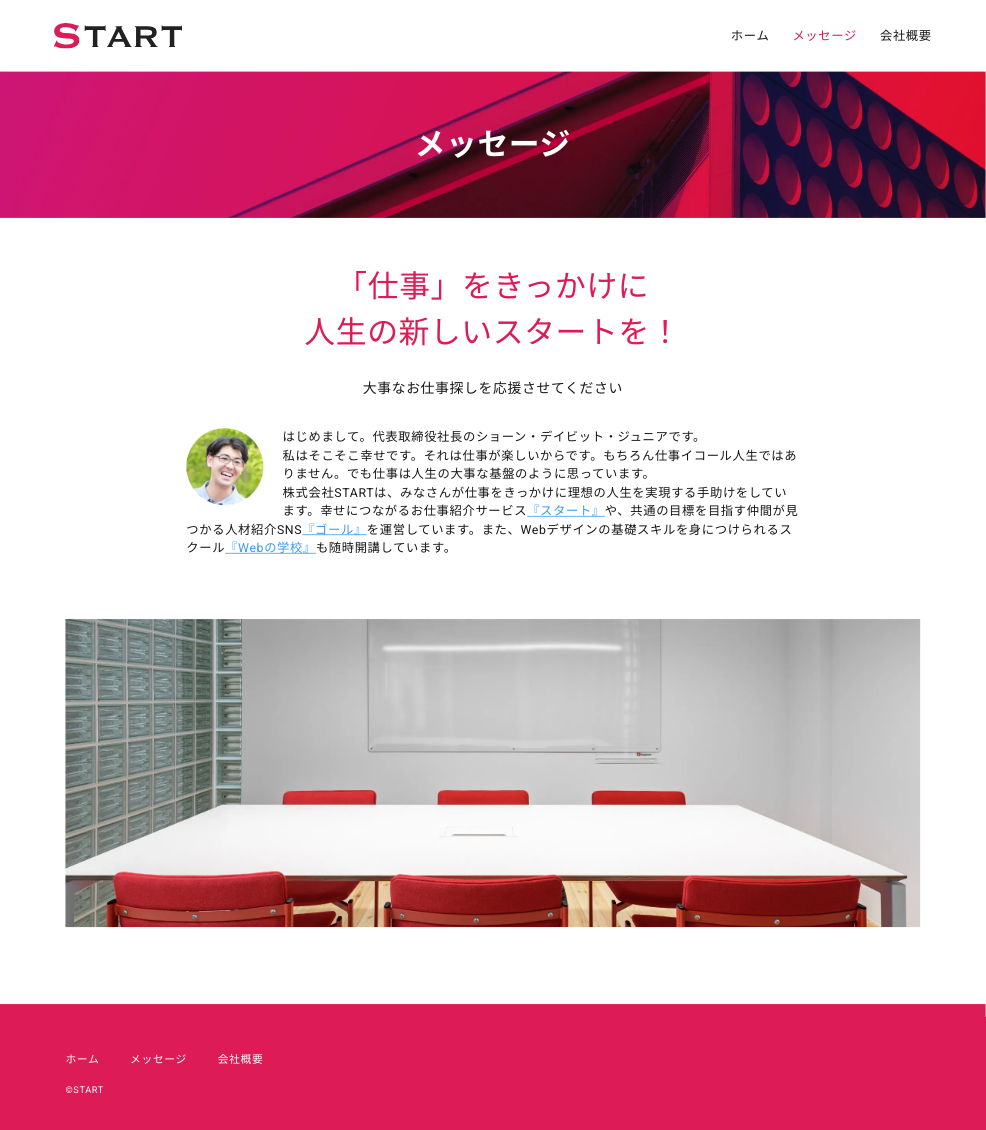
Repository: tetishi/tetishi.github.io
Page: message.html
An editor plug-in stored every save of this project. The page is shown before and after a run of saves, followed by the edit.
The browser window is 1280 px wide. The pictures show the whole page, at 77% of full size.

Above is the page before, as saved 2023-07-02 21:42:31.

After the next 3 saves:
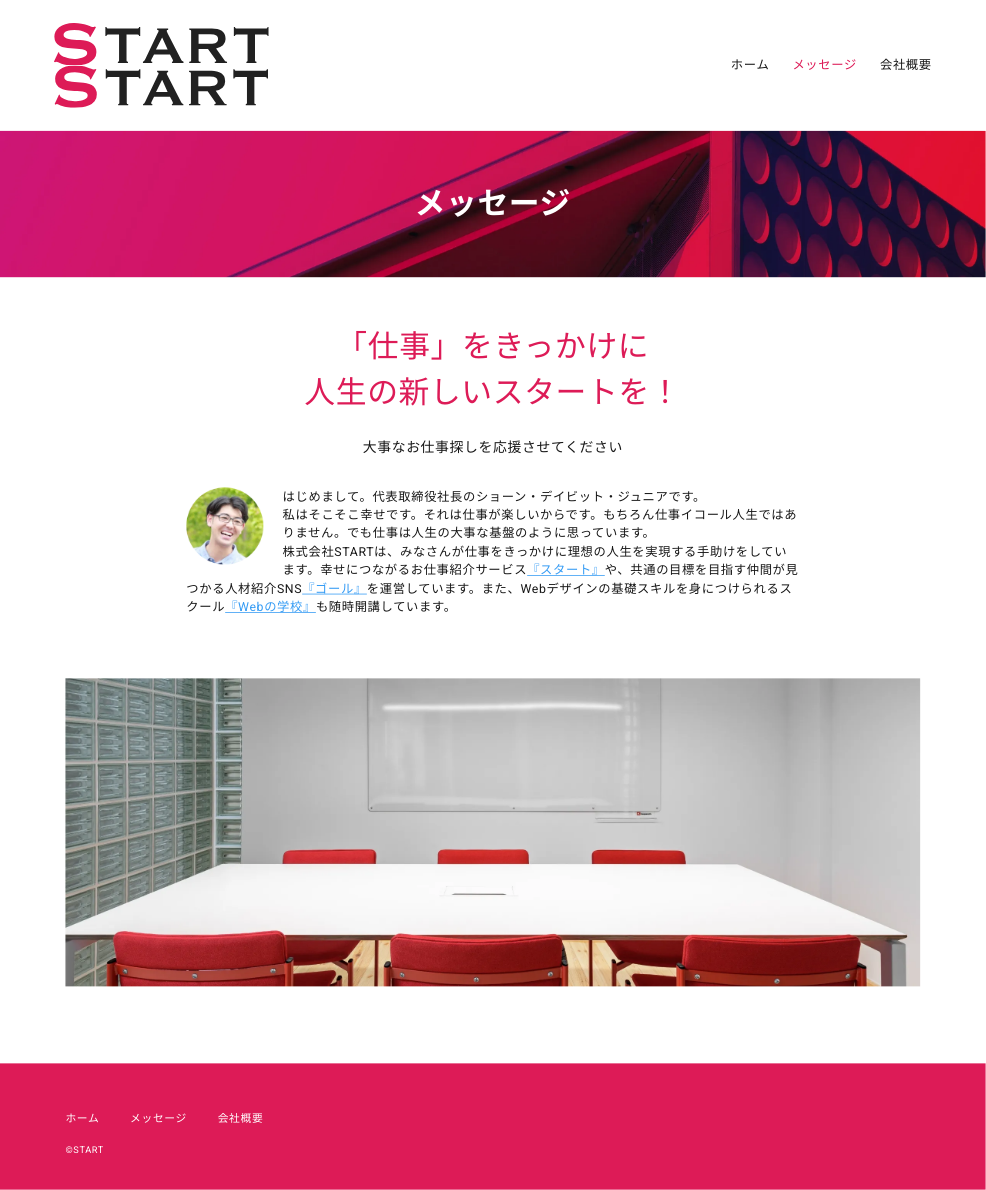
The 3 saves are shown as one change because they came seconds apart.
The last was saved 21 s later.
--- a/message.html
+++ b/message.html
@@ -18,7 +18,8 @@
         <div class="header-inner">
             <h2 class="nav-title">
                 <a href="./index.html">
-                    <img src="img/logo.svg" alt="START">
+                    <img class="pc" src="img/logo.svg" alt="STARTのロゴ">
+                    <img class="sp" src="img/sp_logo.svg" alt="STARTのロゴ">
                 </a>
             </h2>
             <nav class="header-nav">
